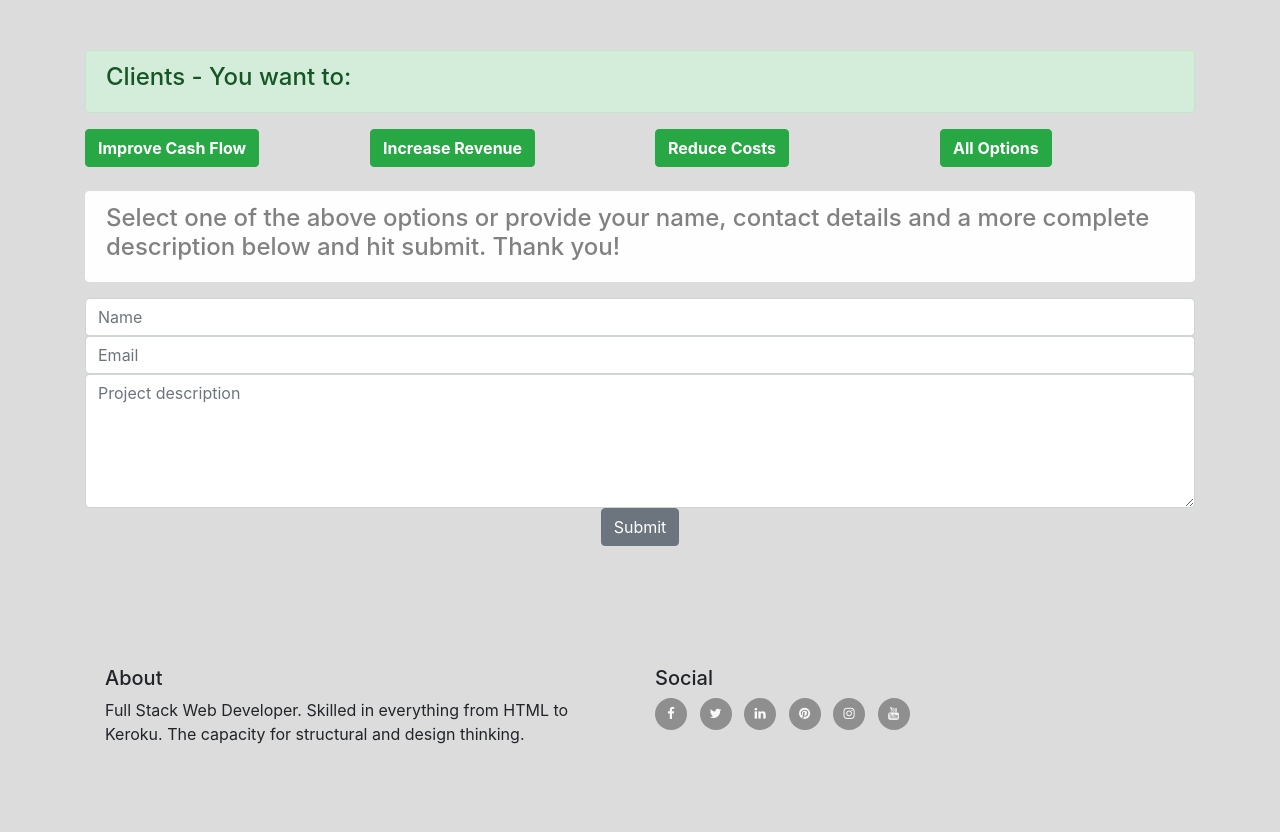
Repository: Code-Institute-Submissions/tenerim-milestone1
Page: Clients.html
The author's editor kept a record of every edit. The page is drawn from the files as they stood at one moment, then again after the next edit.
The browser window is 1280 px wide. The pictures show the whole page.

Above is the page before.

After the next edit:
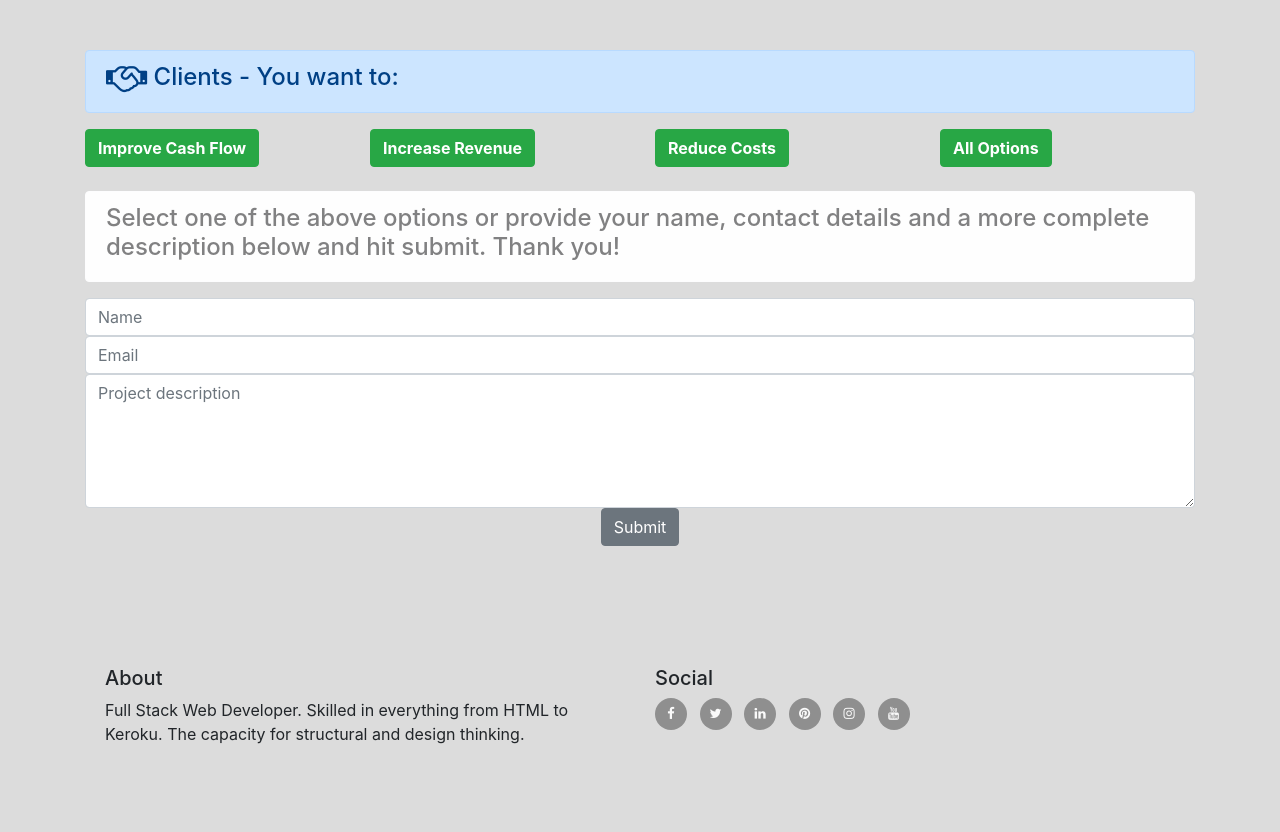
The edit:
--- a/Clients.html
+++ b/Clients.html
@@ -24,8 +24,8 @@
 
             <div class="row">
                 <div class="col-sm-12">
-                    <div class="alert alert-success" role="alert">
-                        <h4 class="alert-heading">Clients - You want to:</h4>
+                    <div class="alert alert-primary" role="alert">
+                        <h4 class="alert-heading"><i class="fa fa-handshake-o fa-lg" aria-hidden="true"></i> Clients - You want to:</h4>
                     </div>
                 </div>
             </div>
